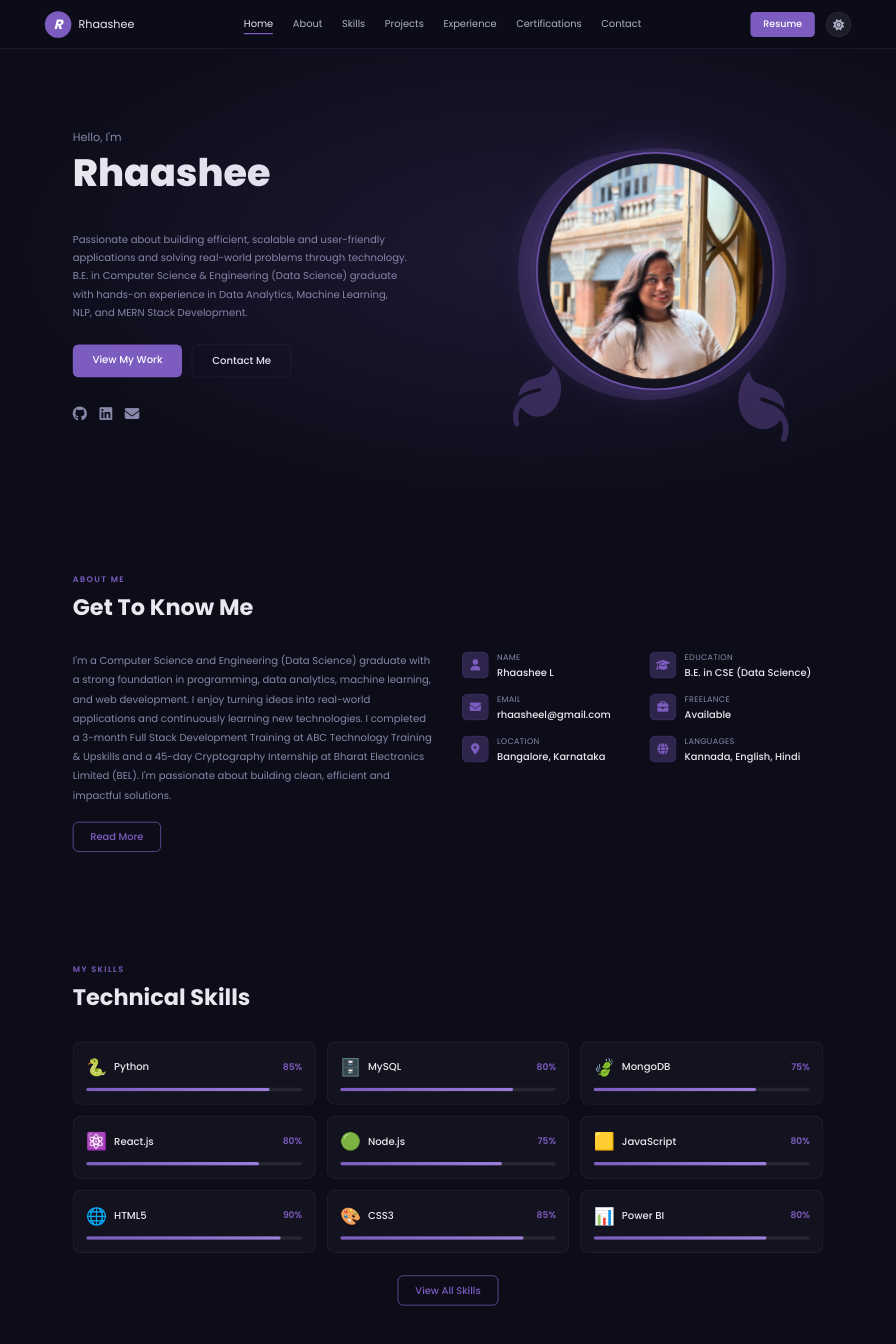
Repository: Rhaashee/Portfolio
Page: MyProfile-frontend/index.html
The author's editor kept a copy of each file at every save. The page is drawn from the files as they stood at one save, then again after a run of saves.
The browser window is 1280 px wide. The pictures show the part of the page from y = 0 to 1920 px (the page is 5022 px tall), at 70% of full size.

Above is the page before, as saved 2026-06-21 13:03:50.

### MyProfile-frontend/index.html
<!DOCTYPE html>
<html lang="en">
<head>
<meta charset="UTF-8" />
<meta name="viewport" content="width=device-width, initial-scale=1.0" />
<title>Rhaashee L | Portfolio</title>
<link rel="preconnect" href="https://fonts.googleapis.com" />
<link href="https://fonts.googleapis.com/css2?family=Poppins:wght@300;400;500;600;700;800&display=swap" rel="stylesheet" />
<link rel="stylesheet" href="https://cdnjs.cloudflare.com/ajax/libs/font-awesome/6.5.1/css/all.min.css" />

<link rel="stylesheet" href="css/varibales.css" />
<link rel="stylesheet" href="css/custom.css" />
<link rel="stylesheet" href="css/themes.css" />
<link rel="stylesheet" href="css/animations.css" />
<link rel="stylesheet" href="css/responsive.css" />
</head>
<body>

<!-- ===== NAVBAR ===== -->
<nav class="navbar" id="navbar">
  <div class="nav-logo">
    <div class="logo-icon">R</div>
    <span id="nav-logo-text">Welcome to my Portfolio</span>
  </div>

  <div class="nav-links">
    <a href="#hero" class="active">Home</a>
    <a href="#about">About</a>
    <a href="#skills">Skills</a>
    <a href="#projects">Projects</a>
    <a href="#experience">Experience</a>
    <a href="#certifications">Certifications</a>
    <a href="#contact">Contact</a>
  </div>

  <div class="nav-right">
    <a href="assets/resume/RhaasheeL_Resume.pdf" target="_blank" class="btn-resume" id="nav-resume-btn">Resume</a>
    <button class="theme-toggle" id="theme-toggle" aria-label="Toggle theme"><i class="fas fa-sun"></i></button>
    <button class="hamburger" id="hamburger" aria-label="Menu">
      <span></span><span></span><span></span>
    </button>
  </div>
</nav>

<div class="mobile-menu" id="mobile-menu">
  <a href="#hero" class="mobile-link">Home</a>
  <a href="#about" class="mobile-link">About</a>
  <a href="#skills" class="mobile-link">Skills</a>
  <a href="#projects" class="mobile-link">Projects</a>
  <a href="#experience" class="mobile-link">Experience</a>
  <a href="#certifications" class="mobile-link">Certifications</a>
  <a href="#contact" class="mobile-link">Contact</a>
</div>

<!-- ===== 01 HERO ===== -->
<section id="hero">
  <div class="hero-wrapper">
    <div class="hero-content">
      <p class="hero-hello" id="hero-hello">Hello, I'm</p>
      <h1 class="hero-name" id="hero-name">RHAASHEE L</h1>
      <p class="hero-tagline"><span id="hero-tagline-text" class="typing-text"></span></p>
      <p class="hero-desc" id="hero-desc"></p>
      <div class="hero-btns">
        <a href="#projects" class="btn-primary">View My Work</a>
        <a href="#contact" class="btn-secondary">Contact Me</a>
      </div>
      <div class="hero-socials" id="hero-socials"></div>
    </div>

    <div class="hero-image-wrap">
      <div class="hero-blob">
        <svg viewBox="0 0 500 500" xmlns="http://www.w3.org/2000/svg">
          <path d="M250,60 C340,55 420,110 440,200 C460,290 420,370 340,410 C260,450 160,440 100,380 C40,320 30,220 70,150 C110,80 160,65 250,60 Z"></path>
        </svg>
      </div>

      <div class="hero-decor">
        <i class="fas fa-sparkle sparkle sparkle-1"></i>
        <i class="fas fa-sparkle sparkle sparkle-2"></i>
        <i class="fas fa-sparkle sparkle sparkle-3"></i>
        <i class="fas fa-sparkle sparkle sparkle-4"></i>
        <i class="fas fa-sparkle sparkle sparkle-5"></i>
        <i class="fas fa-leaf leaf leaf-1"></i>
        <i class="fas fa-leaf leaf leaf-2"></i>
      </div>

      <div class="hero-image-ring">
        <img id="hero-img" src="assets/images/rhaa.jpeg" alt="Rhaashee L" />
      </div>
    </div>
  </div>
</section>

<!-- ===== 02 ABOUT ===== -->
<section id="about" class="section">
  <p class="section-label">About Me</p>
  <h2 class="section-title">Get To Know Me</h2>

  <div class="about-grid">
    <div>
      <p class="about-desc" id="about-desc"></p>
      <a href="#contact" class="btn-outline">Read More</a>
    </div>

    <div class="about-info-grid">
      <div class="about-info-item">
        <div class="about-info-icon"><i class="fas fa-user"></i></div>
        <div>
          <div class="about-info-label">Name</div>
          <div class="about-info-value" id="about-name"></div>
        </div>
      </div>
      <div class="about-info-item">
        <div class="about-info-icon"><i class="fas fa-graduation-cap"></i></div>
        <div>
          <div class="about-info-label">Education</div>
          <div class="about-info-value" id="about-education"></div>
        </div>
      </div>
      <div class="about-info-item">
        <div class="about-info-icon"><i class="fas fa-envelope"></i></div>
        <div>
          <div class="about-info-label">Email</div>
          <div class="about-info-value" id="about-email"></div>
        </div>
      </div>
      <div class="about-info-item">
        <div class="about-info-icon"><i class="fas fa-briefcase"></i></div>
        <div>
          <div class="about-info-label">Freelance</div>
          <div class="about-info-value" id="about-freelance"></div>
        </div>
      </div>
      <div class="about-info-item">
        <div class="about-info-icon"><i class="fas fa-location-dot"></i></div>
        <div>
          <div class="about-info-label">Location</div>
          <div class="about-info-value" id="about-location"></div>
        </div>
      </div>
      <div class="about-info-item">
        <div class="about-info-icon"><i class="fas fa-globe"></i></div>
        <div>
          <div class="about-info-label">Languages</div>
          <div class="about-info-value" id="about-languages"></div>
        </div>
      </div>
    </div>
  </div>
</section>

<!-- ===== 03 SKILLS ===== -->
<section id="skills" class="section">
  <p class="section-label">My Skills</p>
  <h2 class="section-title">Technical Skills</h2>

  <div class="skills-grid" id="skills-grid"></div>

  <div class="skills-btn-wrap">
    <a href="#" class="btn-outline">View All Skills</a>
  </div>
</section>

<!-- ===== 04 PROJECTS ===== -->
<section id="projects" class="section">
  <p class="section-label">Featured Projects</p>
  <h2 class="section-title">Some Things I've Built</h2>

  <div class="projects-grid" id="projects-grid"></div>

  <div class="projects-btn-wrap">
    <a href="#" class="btn-outline">View All Projects</a>
  </div>
</section>

<!-- ===== 05 EXPERIENCE ===== -->
<section id="experience" class="section">
  <p class="section-label">Experience</p>
  <h2 class="section-title">Work Experience</h2>

  <div class="experience-timeline">
    <div class="timeline-track" id="experience-track"></div>
  </div>
</section>

<!-- ===== 06 CERTIFICATIONS ===== -->
<section id="certifications" class="section">
  <p class="section-label">Certifications</p>
  <h2 class="section-title">My Certifications</h2>

  <div class="certs-slider-wrap">
    <div class="certs-row" id="certs-row"></div>
    <button class="certs-arrow" id="certs-arrow" aria-label="Next certifications"><i class="fas fa-chevron-right"></i></button>
  </div>
</section>

<!-- ===== EDUCATION ===== -->
<section id="education" class="section">
  <p class="section-label">Education</p>
  <h2 class="section-title">My Education</h2>

  <div class="education-grid" id="education-grid"></div>
</section>

<!-- ===== 08 CONTACT ===== -->
<section id="contact" class="section" style="position:relative;">
  <p class="section-label">Contact</p>
  <h2 class="section-title">Let's Connect</h2>

  <div class="contact-grid">
    <div>
      <p class="contact-desc">Have a project in mind or just want to say hi? I'd love to hear from you!</p>
      <div class="contact-info-list">
        <div class="contact-info-item"><i class="fas fa-envelope"></i><span id="contact-email"></span></div>
        <div class="contact-info-item"><i class="fas fa-phone"></i><span id="contact-phone"></span></div>
        <div class="contact-info-item"><i class="fas fa-location-dot"></i><span id="contact-location"></span></div>
      </div>
    </div>

    <form class="contact-form" id="contact-form">
      <div class="form-row">
        <div class="form-group">
          <input type="text" id="contact-name" placeholder="Name" required />
        </div>
        <div class="form-group">
          <input type="email" id="contact-email-input" placeholder="Email" required />
        </div>
      </div>
      <div class="form-group">
        <textarea id="contact-message" placeholder="Message" required></textarea>
      </div>
      <button type="submit" class="btn-send">Send Message</button>
      <p id="form-status" style="display:none;margin-top:10px;font-size:0.82rem;"></p>
    </form>
  </div>
  <div class="contact-plant">🪴</div>
</section>

<!-- ===== 09 FOOTER ===== -->
<footer>
  <div class="footer-grid">
    <div class="footer-brand">
      <div class="logo-icon">R</div>
      <p style="margin:10px 0 4px;font-weight:600;" id="footer-logo-text">Rhaashee L</p>
      <p class="footer-tagline">Building solutions. Creating impact.</p>
    </div>

    <div>
      <p class="footer-col-title">Quick Links</p>
      <div class="footer-links" id="footer-quick-links"></div>
    </div>

    <div>
      <p class="footer-col-title">Resources</p>
      <div class="footer-links" id="footer-resource-links"></div>
    </div>

    <div>
      <p class="footer-col-title">Connect</p>
      <div class="footer-socials" id="footer-socials"></div>
    </div>
  </div>

  <div class="footer-bottom">
    <p class="footer-copy">© 2026 Rhaashee L. All rights reserved.</p>
  </div>
</footer>

<button class="back-to-top" id="back-to-top" aria-label="Back to top"><i class="fas fa-arrow-up"></i></button>

<!-- ===== DATA ===== -->
<script src="js/data/profile.js"></script>
<script src="js/data/skills.js"></script>
<script src="js/data/projects.js"></script>
<script src="js/data/experience.js"></script>
<script src="js/data/certifications.js"></script>
<script src="js/data/education.js"></script>
<script src="js/data/socials.js"></script>

<!-- ===== FEATURES ===== -->
<script src="js/features/theme-toggle.js"></script>
<script src="js/features/hero-render.js"></script>
<script src="js/features/typing-effect.js"></script>
<script src="js/features/about-render.js"></script>
<script src="js/features/skills-render.js"></script>
<script src="js/features/project-render.js"></script>
<script src="js/features/experience-render.js"></script>
<script src="js/features/certification-render.js"></script>
<script src="js/features/education-render.js"></script>
<script src="js/features/social-render.js"></script>
<script src="js/features/navbar.js"></script>
<script src="js/features/mobile-menu.js"></script>
<script src="js/features/active-nav.js"></script>
<script src="js/features/BackToTop.js"></script>
<script src="js/features/scroll-animation.js"></script>
<script src="js/features/contact-api.js"></script>
<script src="js/features/contact-validation.js"></script>
<script src="js/features/modal.js"></script>

<script src="js/main.js"></script>
</body>
</html>

### MyProfile-frontend/css/varibales.css
/* ===== THEME VARIABLES ===== */
:root {
  /* Dark Theme (default) */
  --bg: #0d0d1a;
  --bg-card: #13131f;
  --bg-nav: rgba(13, 13, 26, 0.95);
  --text: #e8e8f0;
  --text-muted: #8888a8;
  --text-secondary: #b0b0c8;
  --accent: #7c5cbf;
  --accent-light: #9b7edb;
  --accent-glow: rgba(124, 92, 191, 0.3);
  --border: rgba(124, 92, 191, 0.2);
  --border-card: rgba(255, 255, 255, 0.07);
  --skill-bar-bg: rgba(255, 255, 255, 0.08);
  --input-bg: rgba(255, 255, 255, 0.05);
  --shadow: 0 4px 30px rgba(0, 0, 0, 0.4);
  --shadow-card: 0 2px 20px rgba(0, 0, 0, 0.3);
  --hero-gradient: radial-gradient(ellipse at 60% 50%, rgba(124, 92, 191, 0.15) 0%, transparent 70%);
  --section-number-color: #2a2a4a;
}

[data-theme="light"] {
  --bg: #f5f5ff;
  --bg-card: #ffffff;
  --bg-nav: rgba(245, 245, 255, 0.95);
  --text: #1a1a2e;
  --text-muted: #6666a0;
  --text-secondary: #444466;
  --accent: #6b46c1;
  --accent-light: #7c5cbf;
  --accent-glow: rgba(107, 70, 193, 0.15);
  --border: rgba(107, 70, 193, 0.2);
  --border-card: rgba(107, 70, 193, 0.1);
  --skill-bar-bg: rgba(107, 70, 193, 0.1);
  --input-bg: rgba(107, 70, 193, 0.05);
  --shadow: 0 4px 30px rgba(107, 70, 193, 0.1);
  --shadow-card: 0 2px 20px rgba(107, 70, 193, 0.08);
  --hero-gradient: radial-gradient(ellipse at 60% 50%, rgba(107, 70, 193, 0.08) 0%, transparent 70%);
  --section-number-color: #e8e8f8;
}

### MyProfile-frontend/css/themes.css
/* themes.css — light/dark toggle handled via data-theme on <html> */
/* All values live in varibales.css; this file only has structural overrides if needed */

[data-theme="light"] .hero-image-ring {
  box-shadow: 0 0 60px rgba(107, 70, 193, 0.2);
}

[data-theme="light"] .skill-bar-fill {
  background: linear-gradient(90deg, #6b46c1, #9b7edb);
}

[data-theme="light"] .navbar {
  box-shadow: 0 1px 20px rgba(107, 70, 193, 0.08);
}

[data-theme="light"] footer {
  background: #ededfa;
}

### MyProfile-frontend/css/animations.css
/* ===== ANIMATIONS ===== */

/* Typing cursor */
.typing-text::after {
  content: '|';
  color: var(--accent);
  animation: blink 0.8s infinite;
}

@keyframes blink {
  0%, 100% { opacity: 1; }
  50% { opacity: 0; }
}

/* Fade in up */
@keyframes fadeInUp {
  from { opacity: 0; transform: translateY(30px); }
  to   { opacity: 1; transform: translateY(0); }
}

.fade-in-up {
  animation: fadeInUp 0.6s ease forwards;
}

/* Float */
@keyframes float {
  0%, 100% { transform: translateY(0); }
  50%       { transform: translateY(-10px); }
}

.hero-image-ring {
  animation: float 5s ease-in-out infinite;
}

/* Stagger children */
.stagger > *:nth-child(1) { animation-delay: 0.1s; }
.stagger > *:nth-child(2) { animation-delay: 0.2s; }
.stagger > *:nth-child(3) { animation-delay: 0.3s; }
.stagger > *:nth-child(4) { animation-delay: 0.4s; }
.stagger > *:nth-child(5) { animation-delay: 0.5s; }
.stagger > *:nth-child(6) { animation-delay: 0.6s; }

/* Reduced motion */
@media (prefers-reduced-motion: reduce) {
  * { animation: none !important; transition-duration: 0.01ms !important; }
}

### MyProfile-frontend/css/responsive.css
/* ===== RESPONSIVE ===== */

@media (max-width: 1024px) {
  .skills-grid {
    grid-template-columns: repeat(2, 1fr);
  }

  .projects-grid {
    grid-template-columns: repeat(2, 1fr);
  }

  .footer-grid {
    grid-template-columns: 1fr 1fr;
  }
}

@media (max-width: 768px) {
  .nav-links {
    display: none;
  }

  .hamburger {
    display: flex;
  }

  .hero-wrapper {
    flex-direction: column-reverse;
    text-align: center;
    gap: 40px;
    padding-top: 80px;
  }

  .hero-btns {
    justify-content: center;
  }

  .hero-socials {
    justify-content: center;
  }

  .hero-name {
    font-size: 2.4rem;
  }

  .hero-image-wrap {
    width: 280px;
    height: 280px;
  }

  .hero-image-ring {
    width: 240px;
    height: 240px;
  }

  .hero-image-ring img,
  .hero-image-placeholder {
    width: 212px;
    height: 212px;
  }

  .leaf-1, .leaf-2 {
    font-size: 3rem;
  }

  .about-grid {
    grid-template-columns: 1fr;
  }

  .about-info-grid {
    grid-template-columns: 1fr 1fr;
  }

  .skills-grid {
    grid-template-columns: repeat(2, 1fr);
  }

  .projects-grid {
    grid-template-columns: 1fr;
  }

  .timeline-track {
    flex-direction: column;
  }

  .timeline-track::before {
    display: none;
  }

  .exp-card {
    margin-right: 0;
    margin-bottom: 16px;
  }

  .education-grid {
    grid-template-columns: 1fr;
  }

  .contact-grid {
    grid-template-columns: 1fr;
  }

  .form-row {
    grid-template-columns: 1fr;
  }

  .footer-grid {
    grid-template-columns: 1fr 1fr;
    gap: 24px;
  }

  .footer-bottom {
    flex-direction: column;
    gap: 12px;
    text-align: center;
  }

  .section {
    padding: 80px 5% 40px;
  }

  .section-title {
    font-size: 1.6rem;
  }
}

@media (max-width: 480px) {
  .skills-grid {
    grid-template-columns: 1fr;
  }

  .about-info-grid {
    grid-template-columns: 1fr;
  }

  .footer-grid {
    grid-template-columns: 1fr;
  }

  .certs-row {
    flex-wrap: nowrap;
    overflow-x: auto;
    scrollbar-width: thin;
    padding-bottom: 8px;
  }

  .hero-name {
    font-size: 2rem;
  }
}

/* Mobile nav link hover */
.mobile-link:hover {
  color: var(--accent);
}

### MyProfile-frontend/js/data/profile.js
// js/data/profile.js
const profile = {
  name: "Rhaashee L",
  shortName: "Rhaashee",
  initial: "R",
  hello: "Hello, I'm",
  tagline: "Data Analyst | ML Engineer | Full Stack Developer",
  description:
    "Passionate about building efficient, scalable and user-friendly applications and solving real-world problems through technology. B.E. in Computer Science & Engineering (Data Science) graduate with hands-on experience in Data Analytics, Machine Learning, NLP, and MERN Stack Development.",
  email: "rhaasheel@gmail.com",
  phone: "+91 7349377602",
  location: "Bangalore, Karnataka",
  freelance: "Available",
  languages: "Kannada, English, Hindi",
  education: "B.E. in CSE (Data Science)",
  aboutText:
    "I'm a Computer Science and Engineering (Data Science) graduate with a strong foundation in programming, data analytics, machine learning, and web development. I enjoy turning ideas into real-world applications and continuously learning new technologies. I completed a 3-month Full Stack Development Training at ABC Technology Training & Upskills and a 45-day Cryptography Internship at Bharat Electronics Limited (BEL). I'm passionate about building clean, efficient and impactful solutions.",
  resumePath: "assets/resume/RhaasheeL_Resume.pdf",
  profileImage: "assets/images/rhaa.jpeg",
  socials: {
    github: "https://github.com/Rhaashee",
    linkedin: "https://www.linkedin.com/in/rhaashee-lokesh-5ba271339/",
    email: "mailto:rhaasheel@gmail.com",
  },
  typingStrings: [
    "Data Analyst",
    "Full Stack Developer",
    "Problem Solver",
  ],
};

Loaded but not shown: MyProfile-frontend/js/features/hero-render.js (43 lines, source omitted); MyProfile-frontend/js/features/contact-validation.js (58 lines, source omitted); MyProfile-frontend/js/features/social-render.js (36 lines, source omitted); MyProfile-frontend/js/data/projects.js (48 lines, source omitted); MyProfile-frontend/js/features/skills-render.js (43 lines, source omitted); MyProfile-frontend/js/features/theme-toggle.js (40 lines, source omitted); MyProfile-frontend/js/features/modal.js (30 lines, source omitted); MyProfile-frontend/js/features/project-render.js (30 lines, source omitted); MyProfile-frontend/js/features/about-render.js (20 lines, source omitted); MyProfile-frontend/js/data/socials.js (24 lines, source omitted); MyProfile-frontend/js/features/typing-effect.js (37 lines, source omitted); MyProfile-frontend/js/features/certification-render.js (35 lines, source omitted); MyProfile-frontend/js/data/certifications.js (45 lines, source omitted); MyProfile-frontend/js/data/skills.js (15 lines, source omitted); MyProfile-frontend/js/features/contact-api.js (24 lines, source omitted); MyProfile-frontend/js/features/active-nav.js (25 lines, source omitted); MyProfile-frontend/js/features/experience-render.js (23 lines, source omitted); MyProfile-frontend/js/data/education.js (24 lines, source omitted); MyProfile-frontend/js/features/education-render.js (23 lines, source omitted); MyProfile-frontend/js/features/scroll-animation.js (21 lines, source omitted); MyProfile-frontend/js/features/mobile-menu.js (18 lines, source omitted); MyProfile-frontend/js/data/experience.js (15 lines, source omitted); MyProfile-frontend/js/features/BackToTop.js (19 lines, source omitted); MyProfile-frontend/js/features/navbar.js (15 lines, source omitted); MyProfile-frontend/js/main.js (5 lines, source omitted); MyProfile-frontend/css/custom.css (1169 lines, source omitted)

After the next 2 saves:
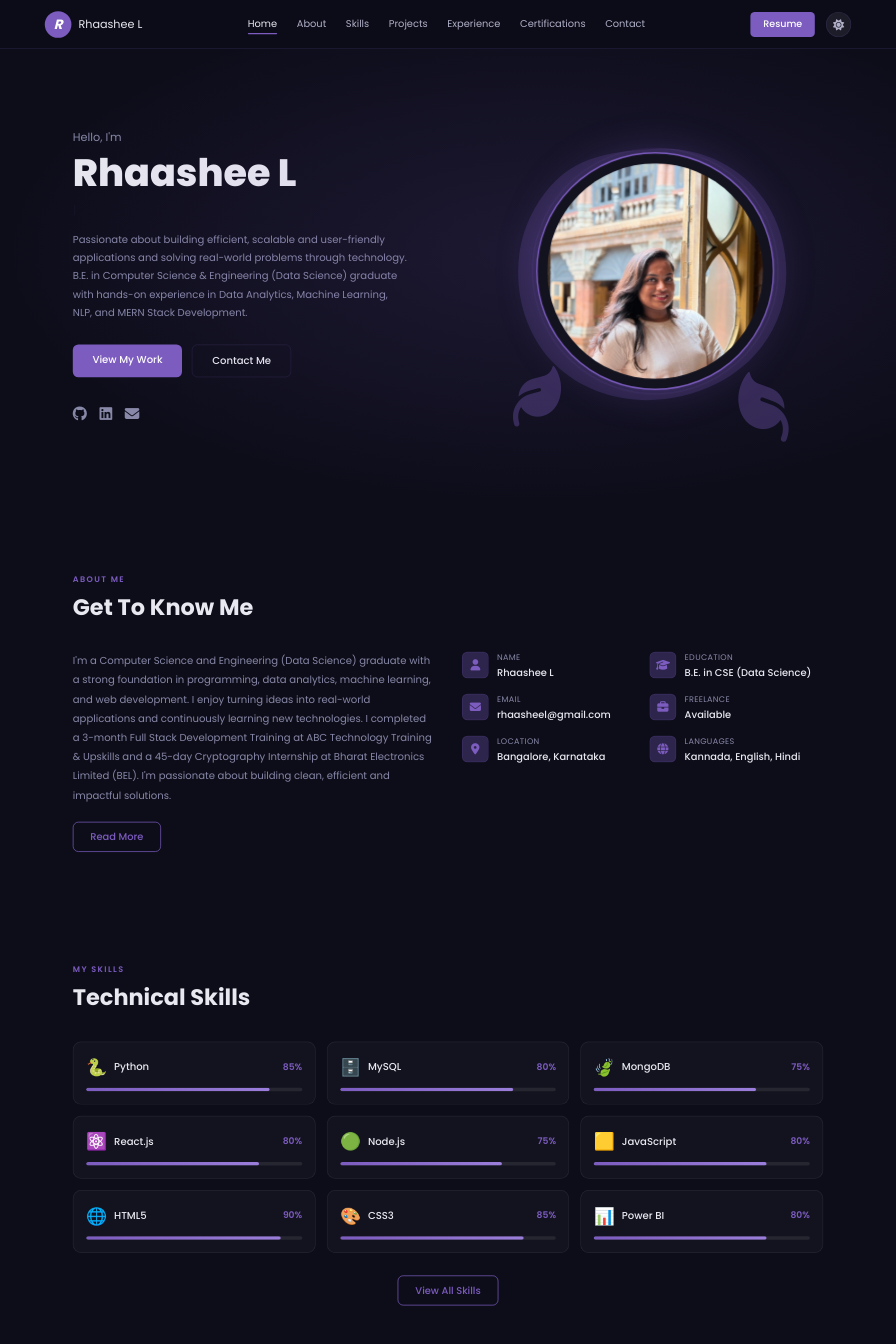
The 2 saves are shown as one change because they came seconds apart.
The last was saved 42 s later.
--- a/MyProfile-frontend/js/data/profile.js
+++ b/MyProfile-frontend/js/data/profile.js
@@ -1,7 +1,7 @@
 // js/data/profile.js
 const profile = {
   name: "Rhaashee L",
-  shortName: "Rhaashee",
+  shortName: "Rhaashee L",
   initial: "R",
   hello: "Hello, I'm",
   tagline: "Data Analyst | ML Engineer | Full Stack Developer",
